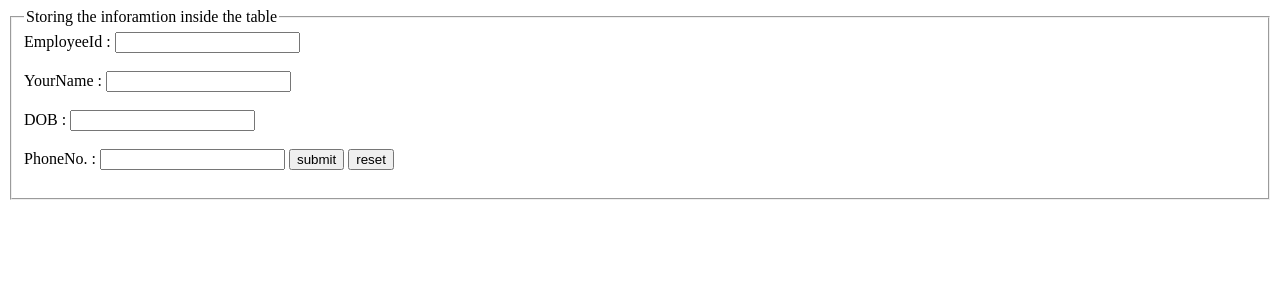
Repository: Altafalinadaf/SimpleProjects
Page: servletDemo7/src/main/webapp/index7.html
An editor plug-in stored every save of this project. The page is shown before and after the next save, followed by the edit.
The browser window is 1280 px wide. The pictures show the whole page.

Above is the page before, as saved 2023-10-31 11:05:39.

After the next save:
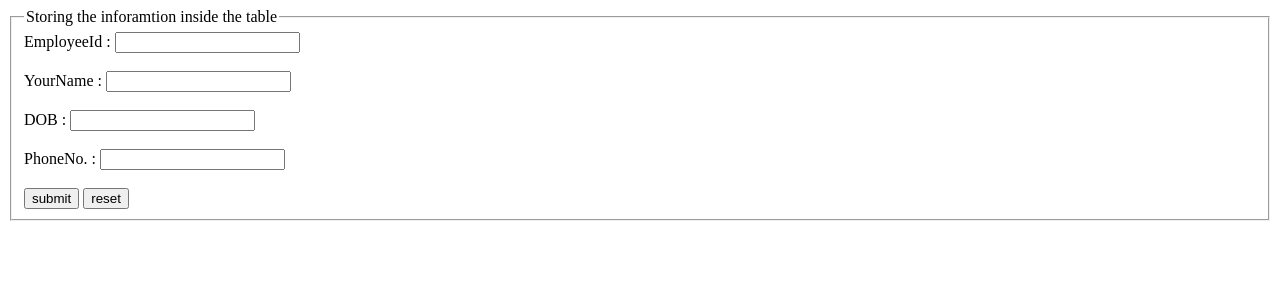
Saved 40 s later.
--- a/servletDemo7/src/main/webapp/index7.html
+++ b/servletDemo7/src/main/webapp/index7.html
@@ -26,10 +26,11 @@
 			<br />
 			<label for="phone">PhoneNo. : </label>
 			<input type="number" name="phone" id="phone" />
+			<br />
+			<br />
 			<input type="submit" value="submit" />
 			<input type="reset" value="reset" />
-			<br />
-			<br />
+
 		</fieldset>
 	</form>
 </body>
